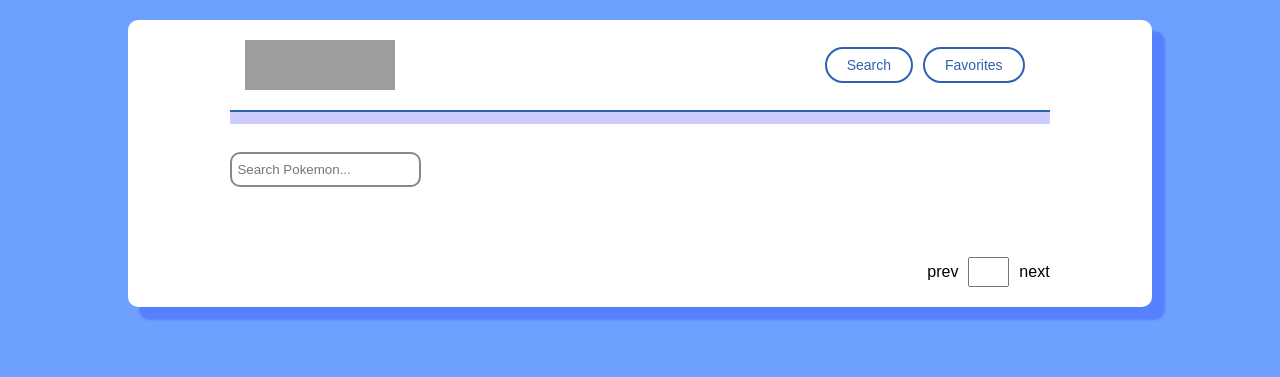
Repository: Rashiduulu/zeon-ithub-second-project
Page: index.html
The author's editor kept a copy of each file at every save. The page is drawn from the files as they stood at one save, then again after the next save.
The browser window is 1280 px wide. The pictures show the whole page.
Pictures or frames that could not be fetched are drawn as grey boxes. The page's requests for data from a server got no answer.

Above is the page before, as saved 2022-11-12 21:52:04.

After the next save:
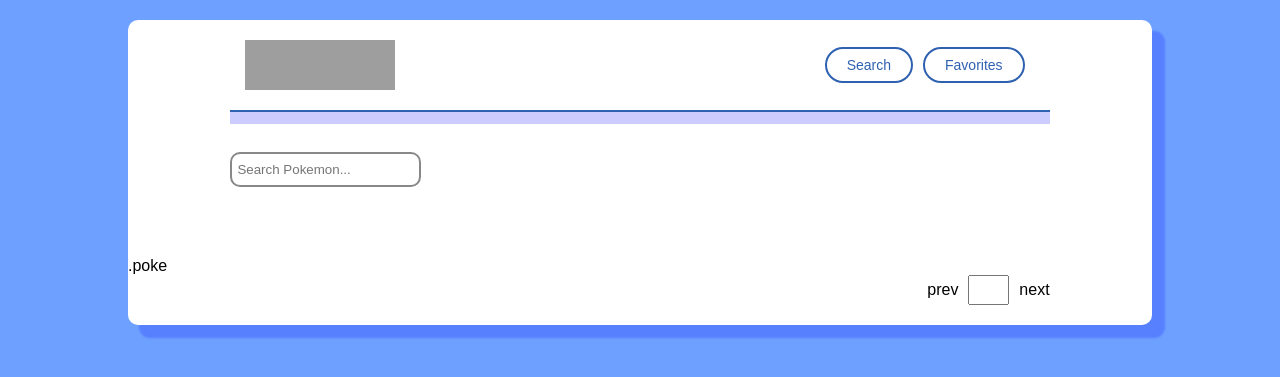
Saved 6 s later.
--- a/index.html
+++ b/index.html
@@ -34,7 +34,7 @@
             </div>
         </div>
 
-
+        .poke
 
 
         <div class="pagination flex container">

After the save that followed:
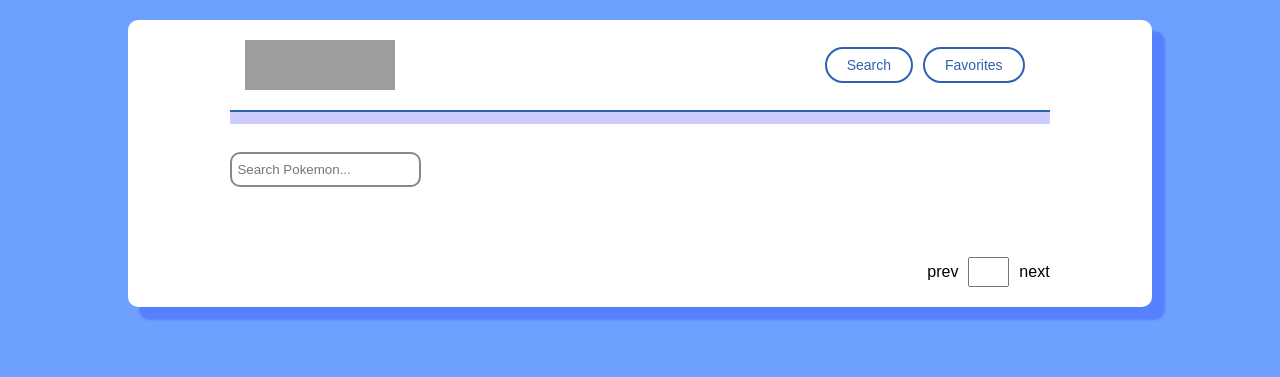
Saved 4 s later.
--- a/index.html
+++ b/index.html
@@ -34,7 +34,9 @@
             </div>
         </div>
 
-        .poke
+        <div class="poke-details">
+
+        </div>
 
 
         <div class="pagination flex container">
